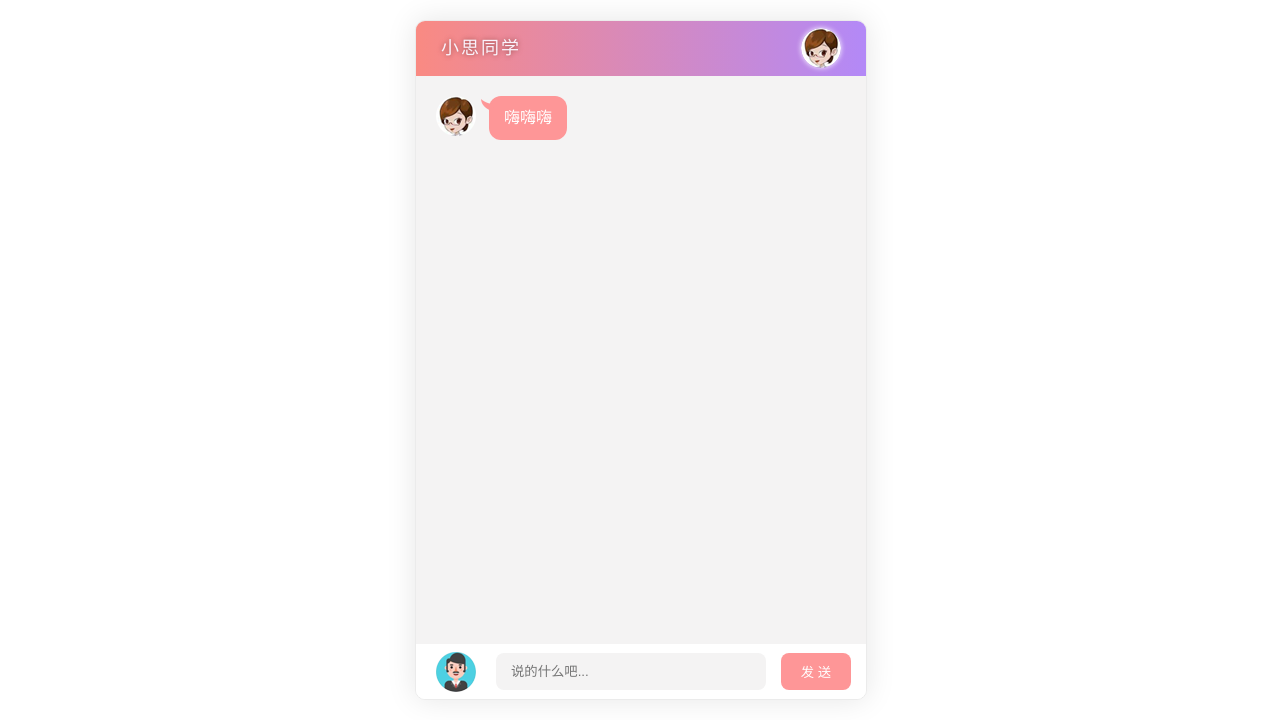
Repository: Bluesouls/eliauk.github.io
Page: Ajax学习笔记/day01/code/聊天机器人/聊天机器人.html
An editor plug-in stored every save of this project. The page is shown before and after the next save, followed by the edit.
The browser window is 1280 px wide. The pictures show the whole page.
Empty fields were first filled with sample values (such as "Sample", 5 or name@example.com).
After loading, the first visible `#btnsend` was clicked once.
The page's requests for data from a server got no answer.

Above is the page before, as saved 2022-04-29 17:42:16.

### Ajax学习笔记/day01/code/聊天机器人/聊天机器人.html
 <!DOCTYPE html>
 <html lang="en">

 <head>
   <meta charset="UTF-8" />
   <meta name="viewport" content="width=device-width, initial-scale=1.0" />
   <meta http-equiv="X-UA-Compatible" content="ie=edge" />
   <link rel="stylesheet" href="css/reset.css" />
   <link rel="stylesheet" href="css/main.css" />
   <script type="text/javascript" src="js/jquery-1.12.4.min.js"></script>
   <script type="text/javascript" src="js/jquery-ui.min.js"></script>
   <script type="text/javascript" src="js/jquery.mousewheel.js"></script>
   <title>聊天机器人</title>
 </head>

 <body>
   <div class="wrap">
     <!-- 头部 Header 区域 -->
     <div class="header">
       <h3>小思同学</h3>
       <img src="img/person01.png" alt="icon" />
     </div>
     <!-- 中间 聊天内容区域 -->
     <div class="main">
       <ul class="talk_list" style="top: 0px;" id="talk_list">
         <li class="left_word">
           <img src="img/person01.png" /> <span>嗨嗨嗨</span>
         </li>
         <!-- <li class="right_word">
           <img src="img/person02.png" /> <span>你好哦</span>
         </li> -->
       </ul>
       <div class="drag_bar" style="display: none;">
         <div class="drager ui-draggable ui-draggable-handle" style="display: none; height: 412.628px;"></div>
       </div>
     </div>
     <!-- 底部 消息编辑区域 -->
     <div class="footer">
       <img src="img/person02.png" alt="icon" />
       <input type="text" placeholder="说的什么吧..." class="input_txt" id="content" />
       <input type="button" value="发 送" class="input_sub" id="btnsend" />
     </div>
   </div>
   <script type="text/javascript" src="js/scroll.js"></script>
   <script src="./js/chat.js"></script>
 </body>

 </html>

### Ajax学习笔记/day01/code/聊天机器人/css/main.css
body {
    font-family: 'Microsoft YaHei';
}
.wrap {
    position: fixed;
    width: 450px;
    left: 50%;
    margin-left: -225px;
    top: 20px;
    bottom: 20px;
    border: 1px solid #ebebeb;
    background-color: #fff;
    border-radius: 10px;
    box-shadow: 0 0 30px rgba(0, 0, 0, 0.1);
    overflow: hidden;
}
.header {
    height: 55px;
    background: linear-gradient(90deg, rgba(246, 60, 47, 0.6), rgba(128, 58, 242, 0.6));
    overflow: hidden;
}
.header h3 {
    color: #faf3fc;
    line-height: 55px;
    font-weight: normal;
    float: left;
    letter-spacing: 2px;
    margin-left: 25px;
    font-size: 18px;
    text-shadow: 0px 0px 5px #944846;
}
.header img {
    float: right;
    margin: 7px 25px 0 0;
    border-radius: 20px;
    box-shadow: 0 0 5px #f7f2fe;
}
.main {
    position: absolute;
    left: 0;
    right: 0;
    top: 55px;
    bottom: 55px;
    background-color: #f4f3f3;
    box-sizing: border-box;
    padding: 10px 0;
    overflow:hidden;
}
.talk_list{
    position: absolute;
    width:100%;
    left:0px;
    top:0px;
}
.talk_list li {
    overflow: hidden;
    margin: 20px 0px 30px;
}
.talk_list .left_word img {
    float: left;
    margin-left: 20px;
}
.talk_list .left_word span {
    float: left;
    background-color: #fe9697;
    padding: 10px 15px;
    max-width: 290px;
    border-radius: 12px;
    font-size: 16px;
    color: #fff;
    margin-left: 13px;
    position: relative;
    line-height: 24px;
}
.talk_list .left_word span:before {
    content: '';
    position: absolute;
    left: -8px;
    top: 3px;
    width: 13px;
    height: 12px;
    background: url('../img/corner01.png') no-repeat;
}
.talk_list .right_word img {
    float: right;
    margin-right: 20px;
}
.talk_list .right_word span {
    float: right;
    background-color: #fff;
    padding: 10px 15px;
    max-width: 290px;
    border-radius: 12px;
    font-size: 16px;
    color: #000;
    margin-right: 13px;
    position: relative;
    line-height: 24px;
}
.talk_list .right_word span:before {
    content: '';
    position: absolute;
    right: -8px;
    top: 3px;
    width: 13px;
    height: 12px;
    background: url('../img/corner02.png') no-repeat;
}
.drag_bar{
    position:absolute;
    right:0px;
    top:0px;
    background-color: #fff;
    height:100%;
    width:6px;
    box-sizing:border-box;
    border-bottom:1px solid #f4f3f3;
}
.drager{
    position:absolute;
    left:0px;
    top:0px;
    background-color: #cdcdcd;
    height:100px;
    width:6px;
    border-radius:3px;
    cursor: pointer;
}

.footer{
    width:100%;
    height: 55px;
    left:0px;
    bottom:0px;
    background-color:#fff;
    position: absolute;
}

.footer img{
    float: left;
    margin:8px 0 0 20px;
}

.input_txt{
    float: left;
    width:270px;
    height:37px;
    border:0px;
    background-color: #f4f3f3;
    margin:9px 0 0 20px;
    border-radius:8px;
    padding:0px;
    outline:none;
    text-indent:15px;
}
.input_sub{
    float: left;
    width:70px;
    height:37px;
    border:0px;
    background-color: #fe9697;
    margin:9px 0 0 15px;
    border-radius:8px;
    padding:0px;
    outline:none;
    color:#fff;
    cursor: pointer;
}

### Ajax学习笔记/day01/code/聊天机器人/js/scroll.js
$(function () {
    var $main = $('.main');
    var $list = $('.talk_list');
    var $drager = $('.drager');
    var $mainh = $main.outerHeight(false);
    var $listh = $list.outerHeight(false);

    var $rate = $mainh / $listh;
    var $dragh = $mainh * $rate;
    var $top = 0;
    $drager.css({ 'height': $dragh });

    $drager.draggable({
        containment: "parent",
        drag: function (ev, ui) {
            $top = ui.position.top;
            $list.css({ 'top': -$top / $rate });
        }
    });

    $(window).resize(function () {
        resetui();
    });

    //var timer = null;
    var flag = false;

    $main.mousewheel(function(ev,delta){
        //console.log(delta);
        //clearTimeout(timer);
        //timer = setTimeout(function(){
            // 向上滚动正值，向下滚动负值
        if(flag){
            return;
        }

        flag = true;

        setTimeout(function(){
            flag = false;
        },300);

        if($listh <= $mainh){
            return;
        }else{
            if(delta>0){
                $top = $top-60;
                if($top<0){
                    $top=0;
                }
                $drager.animate({ 'top': $top },200);
                $list.animate({ 'top': -$top / $rate },200);
            }else{
                $top = $top+60;
                if($top>($mainh-$dragh)){
                    $top=parseInt($mainh-$dragh);
                }
                $drager.animate({ 'top': $top },200);
                $list.animate({ 'top': -parseInt($top / $rate) },200);
            }
        }

        //},300);
    });
    if ($listh <= $mainh) {
        $('.drag_bar').hide();
        $('.drager').hide();
    }

    function resetui(){
        $mainh = $main.outerHeight(false);
        $listh = $list.outerHeight(false);
        $rate = $mainh / $listh;
        $dragh = $mainh * $rate;
        $drager.css({ 'height': $dragh });

        if ($listh <= $mainh) {
            $('.drag_bar').hide();
            $drager.hide();
            $list.css({ 'top':0 });
        } else {
            $('.drag_bar').show();
            $drager.show();
            $drager.css({ 'top': $mainh-$dragh });
            $list.css({ 'top': -($listh-$mainh) });
        }
    }

    window.resetui = resetui;
})

### Ajax学习笔记/day01/code/聊天机器人/js/chat.js
$(function () {
  // 初始化右侧滚动条
  // 这个方法定义在scroll.js中
  resetui()

  //为发送按钮绑定鼠标点击事件
  var content = $('#content').val().trim()
  $('#btnsend').click(function () {
    // alert('123')
    if (content.length <= 0) return $('#content').val('')
    //如果用户输入了聊天内容，则将聊天内容追加到页面上显示
    $('#talk_list').append('<li class="right_word"><img src="img/person02.png" /> <span>' +
      content + '</span+></li>')
    $('#content').val('')
    //重置滚动条位置
    resetui()
  })


  //获取聊天机器人发送过来的聊天记录
  function getMsg(text) {
    $.ajax({
      method: 'GET',
      url: 'http://www.liulongbin.top:3006/api/robot',
      data: {
        spoken: text
      },
      success: function (res) {
        // console.log(res)
        if (res.message == 'success') {
          var msg = res.data.info.text
          $('#talk_list').append('<li class="left_word"><img src="img/person01.png" /> <span>' +
            msg + '</span></li>')
          resetui()
        }
      }

    })
  }

  getMsg(content)
})

Loaded but not shown: Ajax学习笔记/day01/code/聊天机器人/css/reset.css (common file); Ajax学习笔记/day01/code/聊天机器人/js/jquery-1.12.4.min.js (library); Ajax学习笔记/day01/code/聊天机器人/js/jquery-ui.min.js (library); Ajax学习笔记/day01/code/聊天机器人/js/jquery.mousewheel.js (library)

After the next save:
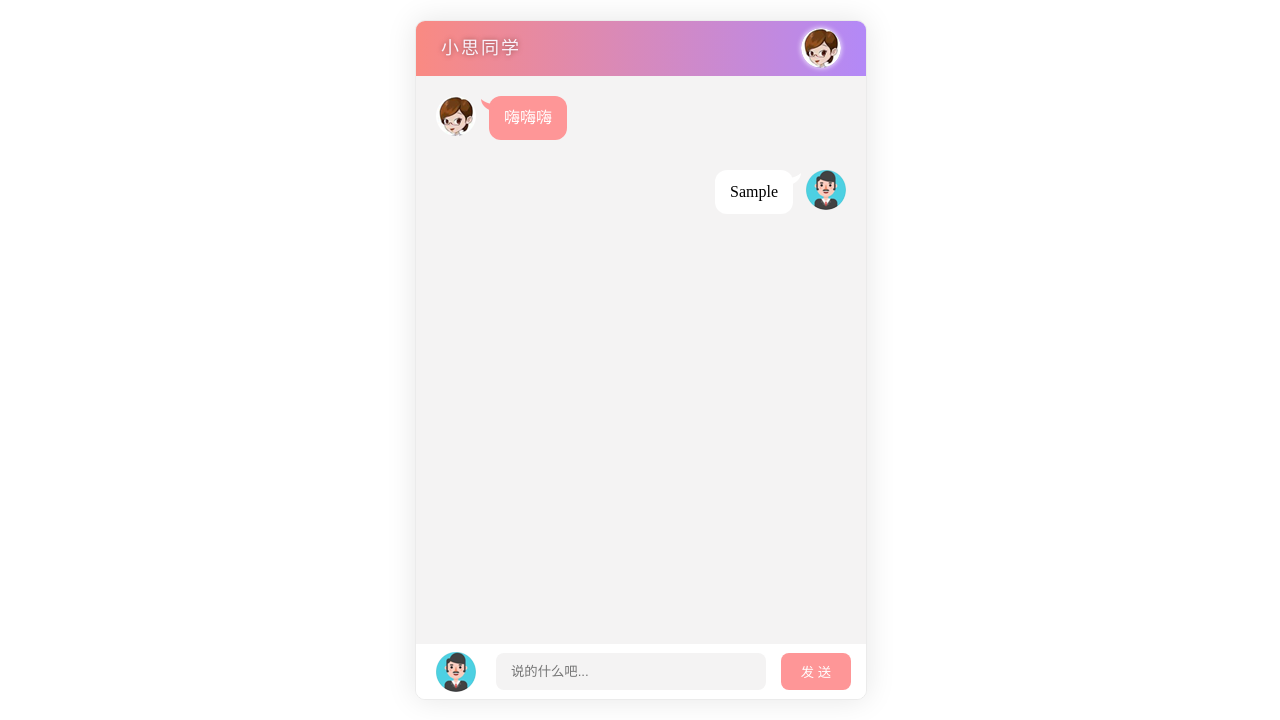
Saved 67 s later.
--- a/Ajax学习笔记/day01/code/聊天机器人/js/chat.js
+++ b/Ajax学习笔记/day01/code/聊天机器人/js/chat.js
@@ -4,9 +4,10 @@ $(function () {
   resetui()
 
   //为发送按钮绑定鼠标点击事件
-  var content = $('#content').val().trim()
+  var content
   $('#btnsend').click(function () {
     // alert('123')
+    content = $('#content').val().trim()
     if (content.length <= 0) return $('#content').val('')
     //如果用户输入了聊天内容，则将聊天内容追加到页面上显示
     $('#talk_list').append('<li class="right_word"><img src="img/person02.png" /> <span>' +
